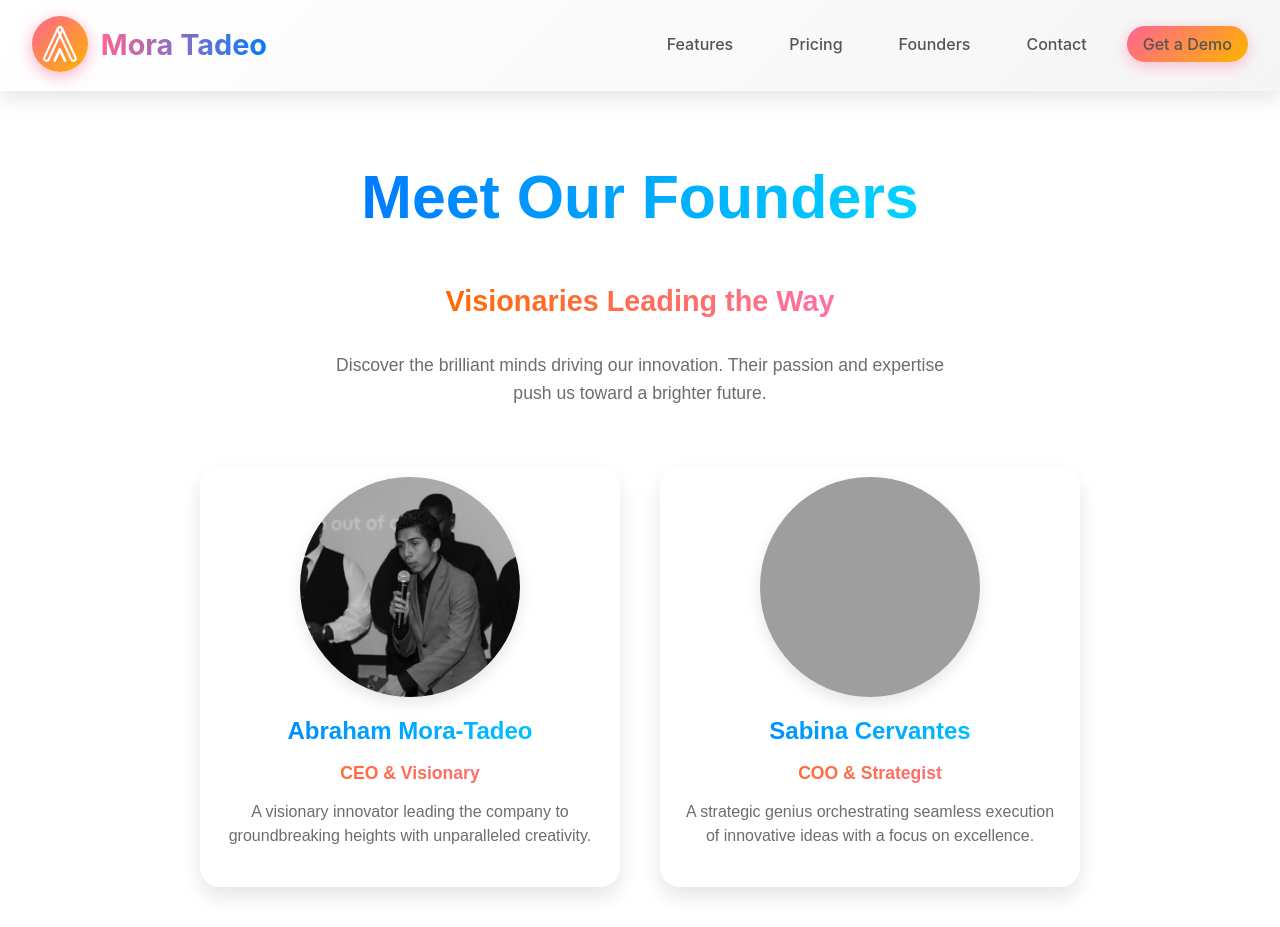
Repository: AbrahamM007/moratadeo
Page: /founders
The author's editor kept a copy of each file at every save. The page is drawn from the files as they stood at one save, then again after the next save.
The browser window is 1280 px wide. The pictures show the whole page.
Pictures or frames that could not be fetched are drawn as grey boxes. The project was rebuilt for these pictures with package versions that can differ from the ones it lists, and the page was loaded fresh each time. Also part of the build but not shown: src/HeroSection.css, src/HeroSection.js, src/InfoSection.css, src/InfoSection.js, src/RoadmapSection.css, src/RoadmapSection.js, src/DesignPhaseSection.js, src/HeroBanner.js and 7 more.

Above is the page before, as saved 2025-01-12 22:47:41.

After the next save:
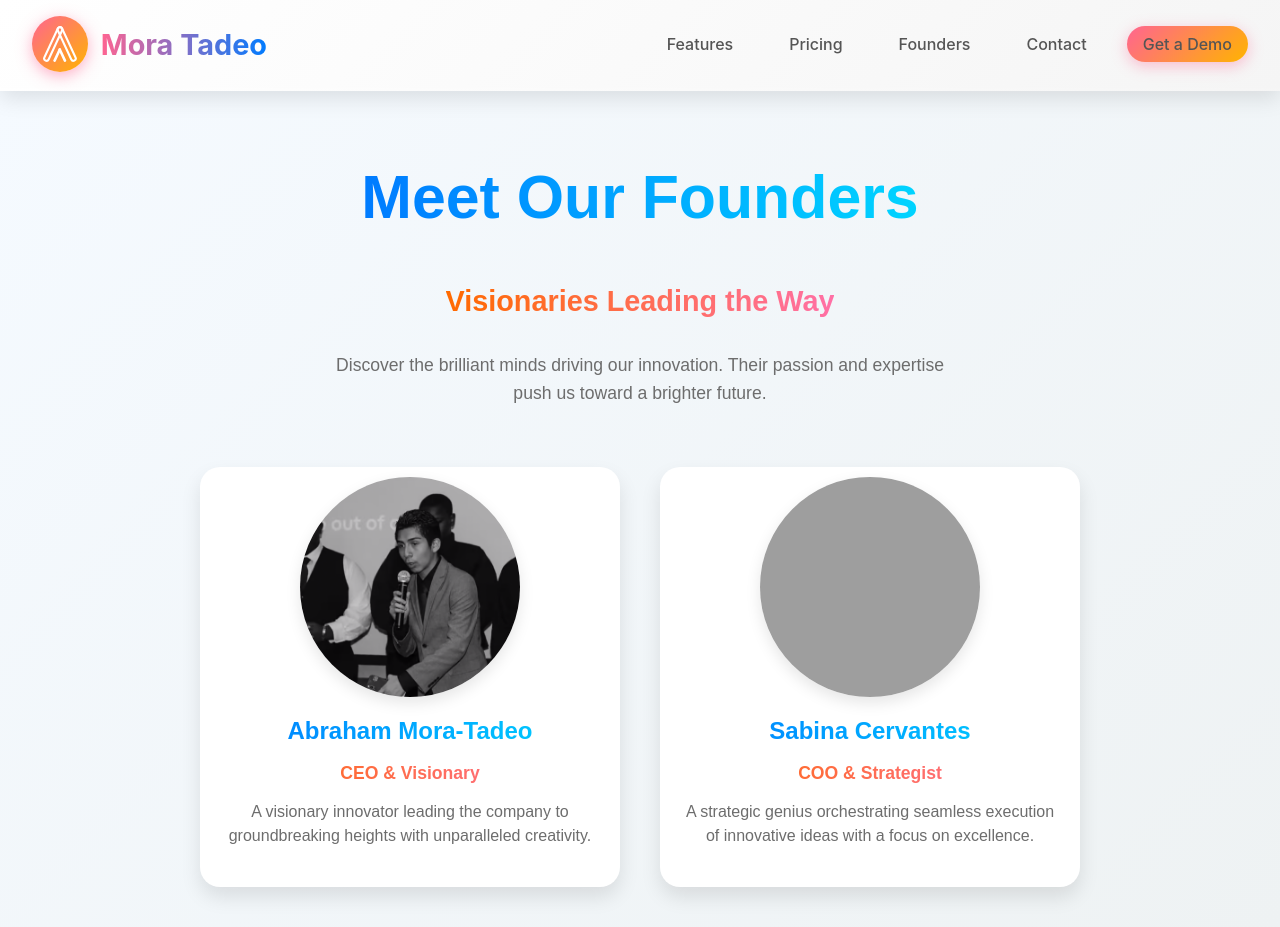
Saved 56 s later.
--- a/src/FoundersPage.css
+++ b/src/FoundersPage.css
@@ -1,7 +1,7 @@
 /* General Page Styling */
 .founders-page {
     font-family: "Arial", sans-serif;
-    background: #ffffff;
+    background: linear-gradient(135deg, #f5faff, #eef2f3);
     margin: 0;
     padding: 0;
     overflow-x: hidden;
